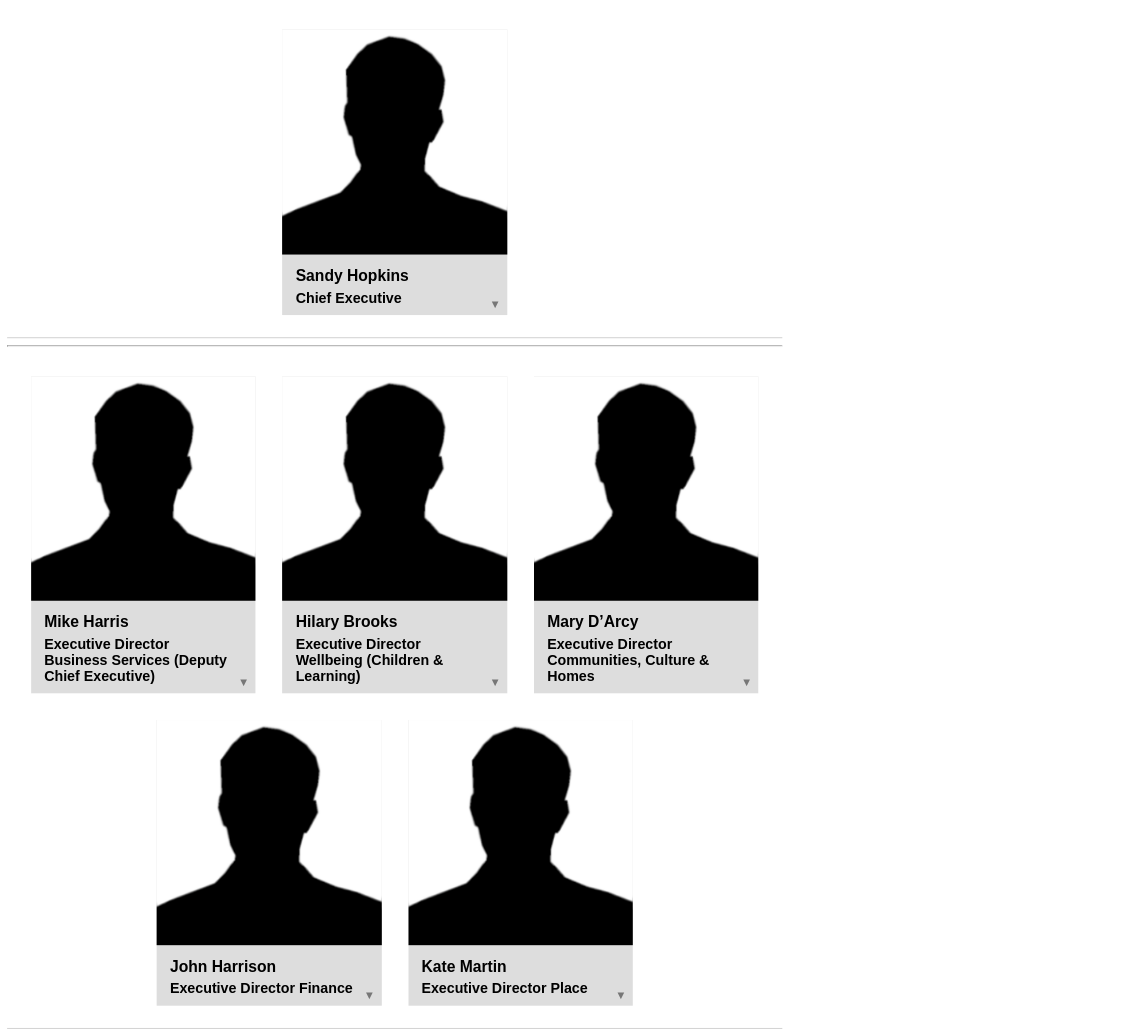
Repository: DigitalExperienceTeam/management
Page: index.html
The author's editor kept a record of every edit. The page is drawn from the files as they stood at one moment, then again after the next edit.
The browser window is 1280 px wide. The pictures show the whole page, at 89% of full size.

Above is the page before.

After the next edit:
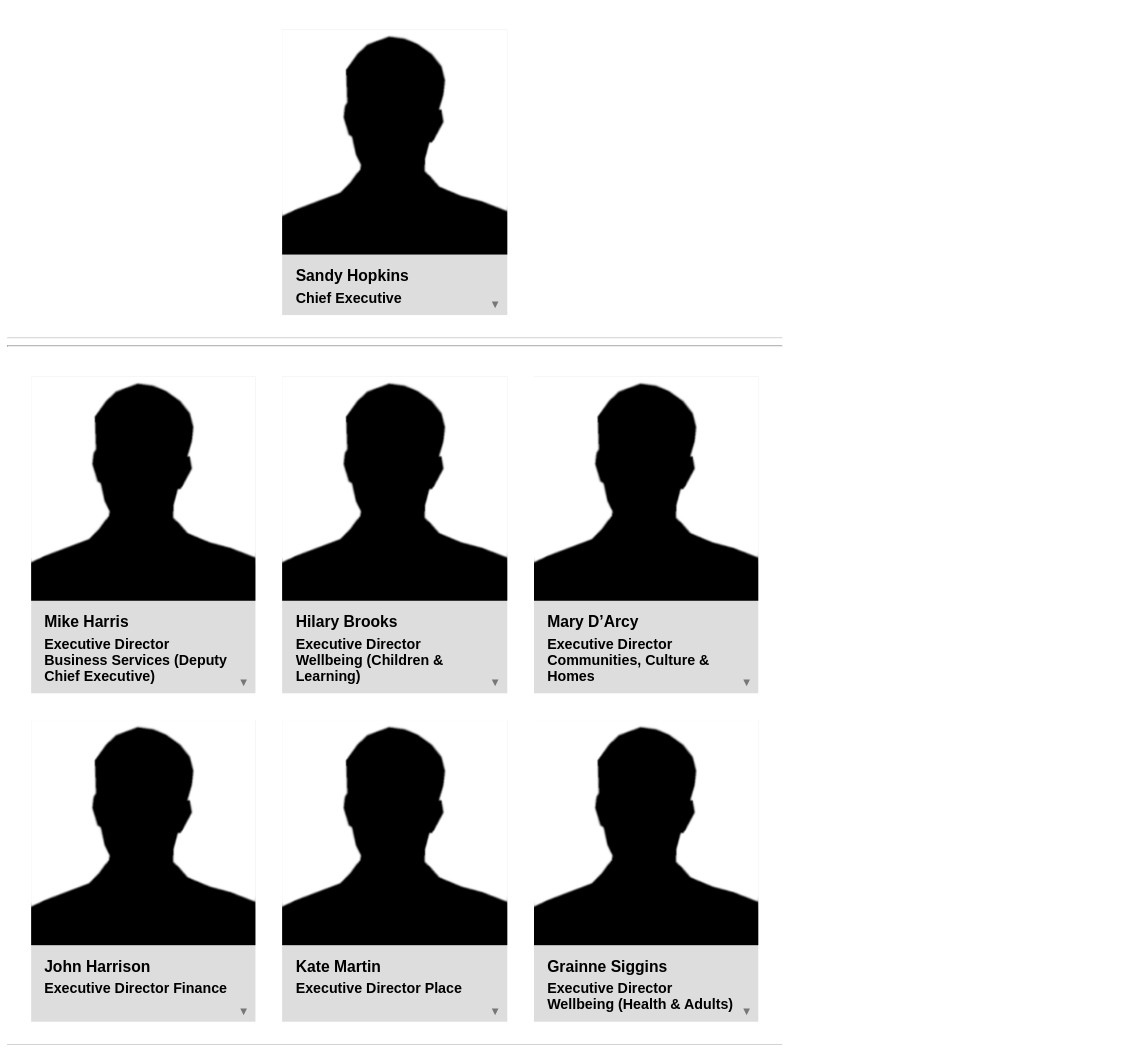
The edit:
--- a/index.html
+++ b/index.html
@@ -104,7 +104,19 @@
             </div>
         </div>
 
-
+   <div class="profile lighter">
+                <img class="profile-pic" src="Silhouette.png">
+            <div class="details">
+                <p class="name">Grainne Siggins</p>
+                <p class="title">Executive Director Wellbeing (Health & Adults)<span class="more">&#9660;</span></p>
+            </div>
+            <div class="bio">
+                <p>Lorem ipsum dolor sit amet, consectetur adipiscing elit. Nunc quis feugiat magna, non vehicula purus. Sed quis enim et dolor tempor aliquet. Proin a tincidunt ligula, nec rhoncus risus. Aliquam ut magna ac nisl dapibus lobortis ut molestie eros. Maecenas ornare quam vel accumsan congue. Curabitur mattis, odio non rhoncus tempor, diam elit convallis lacus, quis feugiat est lectus sit amet mi. Donec at ex in turpis luctus blandit sit amet eu eros. Nullam a libero turpis. Nullam mattis id est ut suscipit. Donec hendrerit turpis sed ligula hendrerit commodo.</p>
+<p>Cras sed vulputate libero. Nam rhoncus quam turpis, vitae eleifend velit ornare a. Donec sollicitudin leo id nunc faucibus, imperdiet porttitor ex dictum. Nam condimentum nibh porta ligula molestie rhoncus. Sed pellentesque lacinia nisi ut finibus. Fusce facilisis scelerisque facilisis. Sed consequat quam nec lectus faucibus lacinia.</p>
+<p class="directorate"><a href="#">Wellbeing (Health & Adults)</a></p>
+<div class="less">&#9650;</div>
+            </div>
+        </div>
 
 
 
